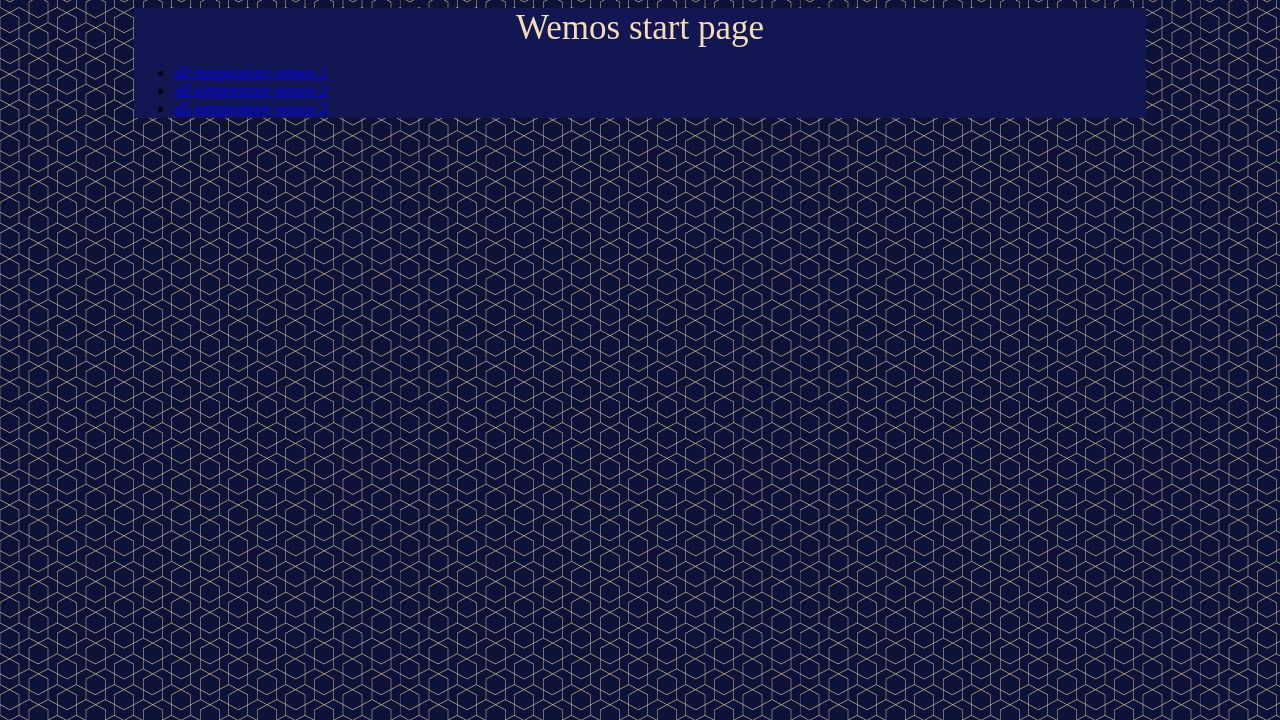
Repository: findryDev/flaskRestAPI
Page: templates/index.html
An editor plug-in stored every save of this project. The page is shown before and after the next save, followed by the edit.
The browser window is 1280 px wide. The pictures show the whole page.
The template is drawn by Flask 3. The application's start-up code is not run. Other server files are loaded and not shown. The template is opened directly, without the code that normally fills it, so the values that code supplies are empty.

Above is the page before, as saved 2021-03-15 04:38:51.

### templates/index.html
<!DOCTYPE html>
<html lang="en">
<head>
    <meta charset="UTF-8">
    <meta name="viewport" content="width=device-width, initial-scale=1.0">
    <link rel="stylesheet" href="../static/style.css"\>
    <!--href="{{ url_for('static', filename='style.css') }}" -->
    <title>Vemos start page</title>

</head>
<body>
    <div id="container">
        <div id="title">Wemos start page</div>
        <div id="main">
            <ul>
                <li><a href="/temperatures/sensor1"> all temperature sensor 1</a></li>
                <li><a href="/temperatures/sensor1"> all temperature sensor 2</a></li>
                <li><a href="/temperatures/sensor1"> all temperature sensor 3</a></li>
            </ul>



        </div>
    </div>
</body>
</html>

### static/style.css
body
  {
    background-image: url("../static/oriental-tiles.png");
    background-repeat: repeat;
  }

#container
  {
    width: 80%;
    height: 80%;
    margin-right: auto;
    margin-left: auto;
    background-color: rgb(18, 22, 83);
  }

#title
  {
    width: 100%;
    height: 40px;
    text-align: center;
    color: wheat;
    font-size: 35px;
  }

After the next save:
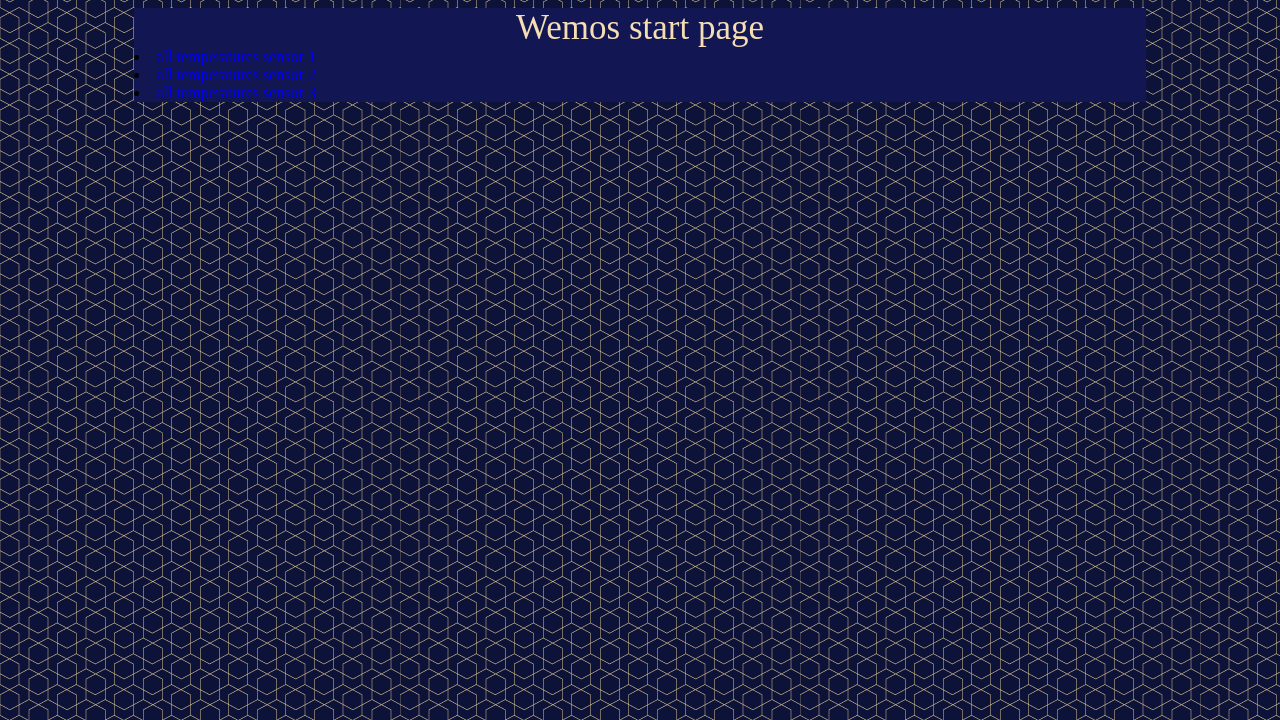
Saved 2 min 36 s later.
--- a/templates/index.html
+++ b/templates/index.html
@@ -12,10 +12,11 @@
     <div id="container">
         <div id="title">Wemos start page</div>
         <div id="main">
+            <div class="temper"
             <ul>
-                <li><a href="/temperatures/sensor1"> all temperature sensor 1</a></li>
-                <li><a href="/temperatures/sensor1"> all temperature sensor 2</a></li>
-                <li><a href="/temperatures/sensor1"> all temperature sensor 3</a></li>
+                <li><a href="/temperatures/sensor1"> all temperatures sensor 1</a></li>
+                <li><a href="/temperatures/sensor1"> all temperatures sensor 2</a></li>
+                <li><a href="/temperatures/sensor1"> all temperatures sensor 3</a></li>
             </ul>
 
 
